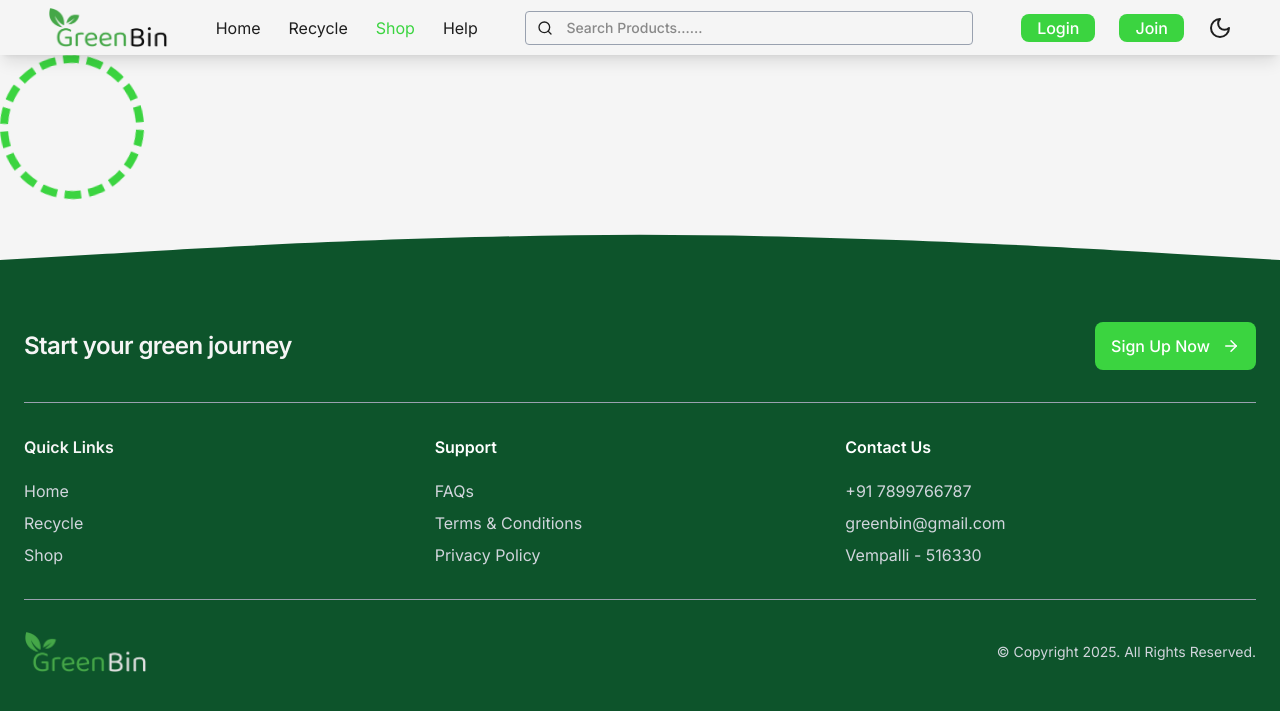
Repository: Siddhu123456/Plastic-Waste-Management
Page: /shop (app in frontend/)
An editor plug-in stored every save of this project. The page is shown before and after the next save, followed by the edit.
The browser window is 1280 px wide. The pictures show the whole page.
The page's requests for data from a server got no answer. The project was rebuilt for these pictures with package versions that can differ from the ones it lists, and the page was loaded fresh each time. No one was signed in, and anything a server would have sent is missing. Also part of the build but not shown: frontend/vite.config.js, frontend/src/components/ProductCard.jsx, frontend/src/components/TrendingProductsCarousel.jsx, frontend/src/pages/Home.jsx, frontend/src/components/FilterBar.jsx, frontend/src/pages/customer/Recycle.jsx, frontend/src/components/CartItemCard.jsx, frontend/src/pages/customer/Cart.jsx and 14 more. Imported but missing from the stored project, and not drawn on this page: frontend/src/pages/Help, frontend/src/pages/customer/WishList.

Above is the page before, as saved 2025-05-06 16:24:08.

### frontend/src/index.css
@import url('https://fonts.googleapis.com/css2?family=Fugaz+One&family=Montserrat:ital@0;1&display=swap');
@import url('https://fonts.googleapis.com/css2?family=Inter:ital,opsz,wght@0,14..32,100..900;1,14..32,100..900&display=swap');
@import "tailwindcss";


@custom-variant dark (&:where(.dark, .dark *));


@theme{
  --color-ow : #f5f5f5;
  --color-dbg : #000803;
  --color-dsc : #1e221f;
  --color-dtc : #313532;
  --color-lgg : #3bd440;
  --color-tc : #1e1e1e;
  --color-lgd : #2aa12e;
  --color-bl: #1D2A35;
  --color-lg-trans : rgba(69, 167, 72, 0.3);
}

@layer components {
  .pri-btn {
    @apply text-white cursor-pointer text-center rounded-lg bg-lgg hover:bg-lgd transition duration-300
  }
  .white-btn {
    @apply text-lgg cursor-pointer text-center rounded-2xl bg-ow transition duration-300
  }
  .trans-btn{
    @apply border text-center rounded-2xl cursor-pointer border-lgg text-lgg hover:bg-lgg hover:text-white transition
  }

  .white-trans-btn{
    @apply border text-center rounded-2xl cursor-pointer border-white text-white transition duration-300
  }
}

@layer utilities{
  .no-scrollbar::-webkit-scrollbar {
    display: none;
}
.no-scrollbar {
    -ms-overflow-style: none;
    scrollbar-width: none;
}
}

:root{
  font-family: "Inter", sans-serif;
  background-color: #f5f5f5;
  box-sizing: border-box;
  overflow-x: hidden;
}


input[type='range'] {
  pointer-events: all;
  height: 0;
}

input[type='range']::-webkit-slider-thumb {
  appearance: none;
  height: 16px;
  width: 16px;
  background: #22c55e;
  border-radius: 9999px;
  cursor: pointer;
  border: none;
}

input[type='range']::-moz-range-thumb {
  height: 16px;
  width: 16px;
  background: #22c55e;
  border-radius: 9999px;
  cursor: pointer;
  border: none;
}

### frontend/src/App.jsx
import { CartProvider } from './components/CartContext.jsx';
import AppRoutes from './routes/AppRoutes.jsx'


const App = () => (
    <CartProvider>
        <AppRoutes />
    </CartProvider>
)

export default App;

### frontend/src/components/CartContext.jsx
import { createContext, useContext, useState } from "react";

const CartContext = createContext();

export const CartProvider = ({ children }) => {
  const [cartCount, setCartCount] = useState(0);

  return (
    <CartContext.Provider value={{ cartCount, setCartCount }}>
      {children}
    </CartContext.Provider>
  );
};

export const useCart = () => useContext(CartContext);

### frontend/src/routes/AppRoutes.jsx
import {BrowserRouter as Router, Routes, Route} from 'react-router-dom'

import Home from '../pages/Home'
import Help from '../pages/Help'
import Shop from '../pages/customer/Shop'
import Recycle from '../pages/customer/Recycle'
import Cart from '../pages/customer/Cart'
import WishList from '../pages/customer/WishList'
import ProductOverview from '../pages/customer/ProductOverview'
import ScrollToTop from './ScrollToTop'
import Layout from '../components/Layout'
import Wallet from '../pages/customer/Wallet'
import OrderHistory from '../pages/customer/OrderHistory'
import OrderSummary from '../pages/customer/OrderSummary'
import PickupHistory from '../pages/customer/PickupHistory'
import CustomerProfile from '../pages/customer/CustomerProfile'
import ProductForm from '../pages/admin/ProductForm'

const AppRoutes = () => {
  return (
    <Router>
      <Layout>
      <ScrollToTop />
        <Routes>
            <Route path='/' element={<Home />} />
            <Route path='/recycle' element={<Recycle />} />
            <Route path='/shop' element={<Shop />} />
            <Route path='/help' element={<Help />} />
            <Route path='/cart' element={<Cart />} />
            <Route path='/favorites' element={<WishList />} />
            <Route path='/wallet' element={<Wallet />} />
            <Route path='/product/:id' element={<ProductOverview />} />
            <Route path='/orders' element={<OrderHistory />} />
            <Route path='/orders/:id' element={<OrderSummary />} />
            <Route path='/pickups' element={<PickupHistory />} />
            <Route path='/cprofile' element={<CustomerProfile />} />
            <Route path='/pform' element={<ProductForm />} />
        </Routes>
        </Layout>
    </Router>
  )
}

export default AppRoutes

### frontend/src/pages/customer/Shop.jsx
import React, { useState, useRef, useEffect, useMemo } from 'react';
import { LuArrowUpDown, LuSlidersHorizontal } from 'react-icons/lu';
import ProductCard from '../../components/ProductCard';
import FilterBar from '../../components/FilterBar';
import Loader from '../../components/Loader';

const Shop = () => {

  const [filterOpen, setFilterOpen] = useState(false)
  const [products, setProducts] = useState([])
  const [loading, setLoading] = useState(true)

  useEffect(() => {
    fetch("http://localhost:8080/api/product/all")
      .then((res) => res.json())
      .then((data) => setProducts(data))
      .catch((err) => console.error(err));
  }, []);


  const [filters, setFilters] = useState({
    categories:[],
    inStockOnly: false,
    minRating: 0,
    discountOnly: false,
    priceRange: [0,2000]
  });


  const updateFilter = (key, value) => {
    setFilters(prev => ({...prev,[key]:value}));
  };


  const [sortOption, setSortOption] = useState('Popularity');
  const [isSortOpen, setIsSortOpen] = useState(false);
  const sortRef = useRef(null);

  const handleSortChange = (sortKey) => {
    setSortOption(sortKey);
    setIsSortOpen(false);
  };

  // Close sort dropdown when clicking outside
  useEffect(() => {
    const handleClickOutside = (event) => {
      if (sortRef.current && !sortRef.current.contains(event.target)) {
        setIsSortOpen(false);
      }
    };
    document.addEventListener('mousedown', handleClickOutside);
    return () => document.removeEventListener('mousedown', handleClickOutside);
  }, []);


  const filteredProducts = useMemo(() => {
    return products.filter(product => {
      const inCategory = filters.categories.length === 0 || filters.categories.includes(product.category);
      const inStock = !filters.inStockOnly || product.stock;
      const meetsRating = product.rating >= filters.minRating;
      const hasDiscount = !filters.discountOnly || product.discount > 0;
      const inPriceRange = product.price >= filters.priceRange[0] && product.price <= filters.priceRange[1];

      return inCategory && inStock && meetsRating && hasDiscount && inPriceRange;
    });
  }, [products, filters]);

  const sortedProducts = useMemo(() => {
    const sorted = [...filteredProducts];
    switch (sortOption) {
      case 'Newest':
        sorted.sort((a, b) => new Date(b.createdAt) - new Date(a.createdAt));
        break;
      case 'Rating':
        sorted.sort((a, b) => b.rating - a.rating);
        break;
      case 'Cost Low to High':
        sorted.sort((a, b) => a.price - b.price);
        break;
      case 'Cost High to Low':
        sorted.sort((a, b) => b.price - a.price);
        break;
      case 'Popularity':
      default:
        const C = 3.5; // average rating across all products
        const m = 10;  // minimum votes for full trust

        sorted.sort((a, b) => {
          const scoreA = ((a.ratedCount / (a.ratedCount + m)) * a.rating) + ((m / (a.ratedCount + m)) * C);
          const scoreB = ((b.ratedCount / (b.ratedCount + m)) * b.rating) + ((m / (b.ratedCount + m)) * C);
          return scoreB - scoreA;
        });
        break;
    }

    return sorted;
  }, [filteredProducts, sortOption]);

  if(loading)
    return <Loader />

  return (
    <>

      {/* Filtering and Sorting */}
      <section className='bg-ow sticky top-13 py-3 z-40 dark:bg-dsc text-gray-800 dark:text-neutral-200'>
        <div className='flex justify-between px-4 md:px-8 text-sm flex-wrap gap-y-2'>
          <div
            onClick={()=>setFilterOpen(true)}
            className="flex items-center gap-2 md:gap-4 overflow-x-auto no-scrollbar cursor-pointer hover:text-lgg"
          >
            <div>
              <LuSlidersHorizontal />
            </div>
            Filters
          </div>

          <div className="flex items-center relative" ref={sortRef}>
            <p className='px-3 text-gray-600 dark:text-neutral-400'>{sortedProducts.length} results</p>
            <button
              onClick={() => setIsSortOpen(!isSortOpen)}
              className="flex items-center gap-1 border-l-2 pl-3 border-gray-400 cursor-pointer hover:text-lgg"
            >
              {sortOption}
              <LuArrowUpDown />
            </button>

            {isSortOpen && (
                <ul className="absolute right-0 top-full mt-2 z-50 bg-white dark:bg-dtc border border-neutral-300 dark:border-neutral-700 rounded-md shadow-lg text-sm w-52">
                  {[
                    { label: 'Popularity', key: 'Popularity' },
                    { label: 'Newest', key: 'Newest' },
                    { label: 'Rating', key: 'Rating' },
                    { label: 'Cost Low to High', key: 'Cost Low to High' },
                    { label: 'Cost High to Low', key: 'Cost High to Low' }
                  ].map(({ label, key }) => (
                    <li
                      key={key}
                      className={`px-4 py-2 cursor-pointer ${
                        sortOption === key ? 'bg-lgg text-white dark:text-black font-semibold' : 'hover:bg-neutral-200 dark:hover:bg-neutral-700'
                      }`}
                      onClick={() => handleSortChange(key)}
                    >
                      {label}
                    </li>
                  ))}
                </ul>
            )}

          </div>
        </div>
      </section>

      {/* Product Grid */}
      <section className='bg-ow dark:bg-dsc'>
        {sortedProducts.length?
          <div
          className="grid grid-cols-2 sm:grid-cols-3 lg:grid-cols-4 xl:grid-cols-5
                      py-4 px-1 sm:px-4 xl:px-6
                      gap-x-0.5 gap-y-1 sm:gap-3 md:gap-3.5 xl:gap-3">
            {sortedProducts.map(product =>
              <ProductCard
                key={product.pId}
                product={product}
              />
            )}
          </div>:
          <div className='text-center p-6 text-2xl text-lgg'>
            No Products Found
          </div>
          }
      </section>

      <FilterBar
        isOpen={filterOpen}
        filters = {filters}
        updateFilter={updateFilter}
        onClose={()=>setFilterOpen(false)}
      />

    </>
  );
};

export default Shop;

### frontend/src/routes/ScrollToTop.jsx
import { useEffect } from "react";
import { useLocation } from "react-router-dom";

const ScrollToTop = () => {
    const {pathname} = useLocation()
    useEffect(() => {
        window.scrollTo(0,0)
    },[pathname])

    return null
}

export default ScrollToTop;

### frontend/src/components/Layout.jsx
// Layout.jsx
import React from "react"
import Footer from "./Footer";
import Navbar from "./Navbar"

const Layout = ({ children }) => {
  return (
    <div className="min-h-screen flex flex-col bg-ow dark:bg-dsc">
      <Navbar />

      <main className="flex-1">
        {children}
      </main>

      <Footer />
    </div>
  );
};

export default Layout;

### frontend/src/components/Loader.jsx
import React from 'react'

const Loader = () => {
  return (
    <div class="w-36 h-36 border-8 border-dashed rounded-full border-lgg animate-spin">
  </div>
  )
}

export default Loader

### frontend/src/components/Footer.jsx
import React, { useState } from 'react'
import LogoGBW from '../assets/images/logoGBW.png'
import { Link } from 'react-router-dom'
import { LuArrowRight } from 'react-icons/lu'
import AuthModal from '../pages/auth/AuthModal'

const Footer = () => {

    const user = JSON.parse(localStorage.getItem('user'));
    const userId = user?.id;

    const [authOpen, setAuthOpen] = useState(false)
    const [loginOpen, setLoginOpen] = useState(false)


  return (
    <footer className="bg-green-900 relative mt-16 bottom-0">
        <svg
            className="absolute top-0 w-full h-6 -mt-5 sm:-mt-10 sm:h-16 text-deep-purple-accent-400"
            preserveAspectRatio="none"
            viewBox="0 0 1440 54"
        >
            <path
            fill="#0d542b"
            d="M0 22L120 16.7C240 11 480 1.00001 720 0.700012C960 1.00001 1200 11 1320 16.7L1440 22V54H1320C1200 54 960 54 720 54C480 54 240 54 120 54H0V22Z"
            />
        </svg>

        <div className="container px-6 py-12 mx-auto">
            {!userId &&
                <>
                <div className="md:flex md:-mx-3 md:items-center md:justify-between">
                    <h1 className="text-xl font-semibold tracking-tight md:mx-3 xl:text-2xl text-ow">Start your green journey</h1>
                        <div className="mt-6 md:mx-3 shrink-0 md:mt-0 md:w-auto">
                            <button
                                className="inline-flex items-center justify-center font-medium w-full px-4 py-3  gap-x-3 pri-btn"
                                onClick={
                                    () => {
                                        setLoginOpen(false)
                                        setAuthOpen(true)
                                    }}
                            >
                                <span>Sign Up Now</span>
                                <LuArrowRight className='text-lg'/>
                            </button>
                        </div>
                </div>
                <hr className="my-6 border-gray-400 md:my-8"/>
                </>
            }

            <div className="grid grid-cols-2 gap-x-0 gap-y-6 sm:grid-cols-3">
                <div>
                    <p className="font-semibold text-ow">Quick Links</p>

                    <div className="flex flex-col items-start mt-5 space-y-2">
                        <Link to="/" className=" transition-colors duration-300 text-gray-300 hover:text-lgg">Home</Link>
                        <Link to="/recycle" className=" transition-colors duration-300 text-gray-300 hover:text-lgg">Recycle</Link>
                        <Link to="/shop" className=" transition-colors duration-300 text-gray-300 hover:text-lgg">Shop</Link>
                    </div>
                </div>

                <div>
                    <p className="font-semibold  text-white">Support</p>

                    <div className="flex flex-col items-start mt-5 space-y-2">
                        <Link to="#" className=" transition-colors duration-300 text-gray-300 hover:text-lgg">FAQs</Link>
                        <Link to="#" className=" transition-colors duration-300 text-gray-300 hover:text-lgg">Terms & Conditions</Link>
                        <Link to="#" className=" transition-colors duration-300 text-gray-300 hover:text-lgg">Privacy Policy</Link>
                    </div>
                </div>

                <div>
                    <p className="font-semibold  text-white">Contact Us</p>

                    <div className="flex flex-col items-start mt-5 space-y-2">
                        <Link to="#" className=" transition-colors duration-300 text-gray-300 hover:text-lgg">+91 7899766787</Link>
                        <Link to="#" className=" transition-colors duration-300 text-gray-300 hover:text-lgg">greenbin@gmail.com</Link>
                        <Link to="#" className=" transition-colors duration-300 text-gray-300 hover:text-lgg">Vempalli - 516330</Link>
                    </div>
                </div>
            </div>

            <hr className="my-6 border-gray-400 md:my-8 "/>

            <div className="flex flex-col items-center justify-between sm:flex-row">
                <Link to="#">
                    <img className="w-auto h-10" src={LogoGBW} alt=""/>
                </Link>

                <p className="mt-4 text-sm sm:mt-0 text-gray-300">© Copyright 2025. All Rights Reserved.</p>
            </div>
        </div>

        <AuthModal
        authOpen={authOpen}
        loginOpen={loginOpen}
        setLoginOpen={()=>setLoginOpen(prev => !prev)}
        onClose={() => setAuthOpen(prev => !prev)}
      />
    </footer>

  )
}

export default Footer

### frontend/src/pages/auth/AuthModal.jsx
import React, { useEffect, useState } from 'react'
import Modal from '../../components/Modal'
import ForgotPassword from './FogotPassword'
import Login from './Login'
import Signup from './Signup'

const AuthModal = ({authOpen, loginOpen, setLoginOpen, onClose, setIsLogged}) => {
      const [isPasswordForgot, setIsPasswordForgot] = useState(false)
      useEffect(() => {
        if (!authOpen) {
          setIsPasswordForgot(false)
        }
      }, [authOpen])
  return (
    <Modal
        open={authOpen}
        onClose={onClose}
    >
        {
            isPasswordForgot ? <ForgotPassword setIsPasswordForgot={setIsPasswordForgot} /> :
                loginOpen ? <Login setLoginOpen={setLoginOpen} onClose={onClose} setIsPasswordForgot={() => setIsPasswordForgot(prev => !prev)} setIsLogged={setIsLogged} /> :
                    <Signup setLoginOpen={setLoginOpen} setIsLogged={setIsLogged} onClose={onClose}/>
        }
    </Modal>
  )
}

export default AuthModal

### frontend/src/components/ThemeToggle.jsx
import { useEffect, useState } from "react";
import { LuMoon, LuSun, LuSunDim } from 'react-icons/lu';


const ThemeToggle = ({theme,setTheme}) => {
  useEffect(() => {
    if (theme === "dark") {
      document.documentElement.classList.add("dark");
    } else {
      document.documentElement.classList.remove("dark");
    }
    localStorage.setItem("theme", theme);
  }, [theme]);

  const toggleTheme = () => {
    setTheme(theme === "light" ? "dark" : "light");
  };

  return (
    <button
      onClick={toggleTheme}
      className="flex items-center justify-center cursor-pointer hover:text-lgg"
    >
      {theme === "light" ? <LuMoon className="text-2xl sm:text-xl md:text-2xl" /> : <LuSun className="text-2xl" />}
    </button>
  );
};

export default ThemeToggle;

Loaded but not shown: frontend/index.html (common file); frontend/src/main.jsx (common file); frontend/src/components/Navbar.jsx (434 lines, source omitted)

After the next save:
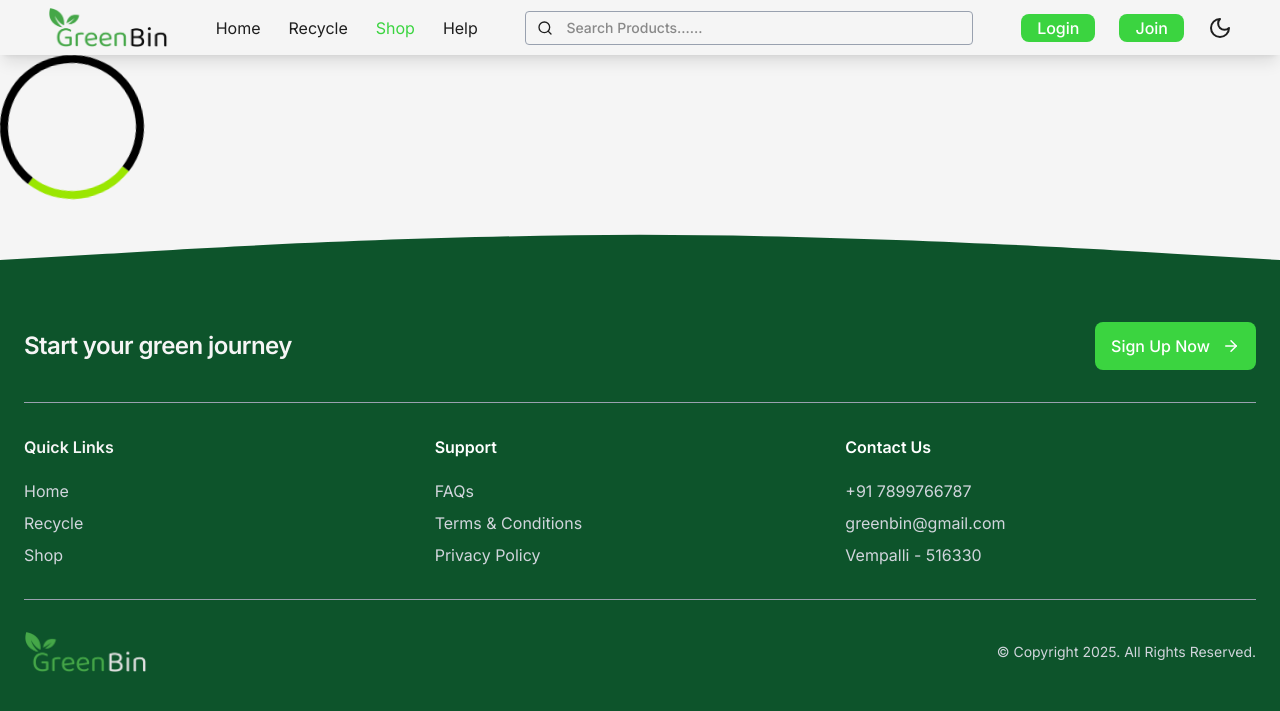
Saved 93 s later.
--- a/frontend/src/components/Loader.jsx
+++ b/frontend/src/components/Loader.jsx
@@ -2,7 +2,7 @@ import React from 'react'
 
 const Loader = () => {
   return (
-    <div class="w-36 h-36 border-8 border-dashed rounded-full border-lgg animate-spin">
+    <div class="w-36 h-36 border-8 rounded-full border-t-lime-400 animate-spin">
   </div>
   )
 }
